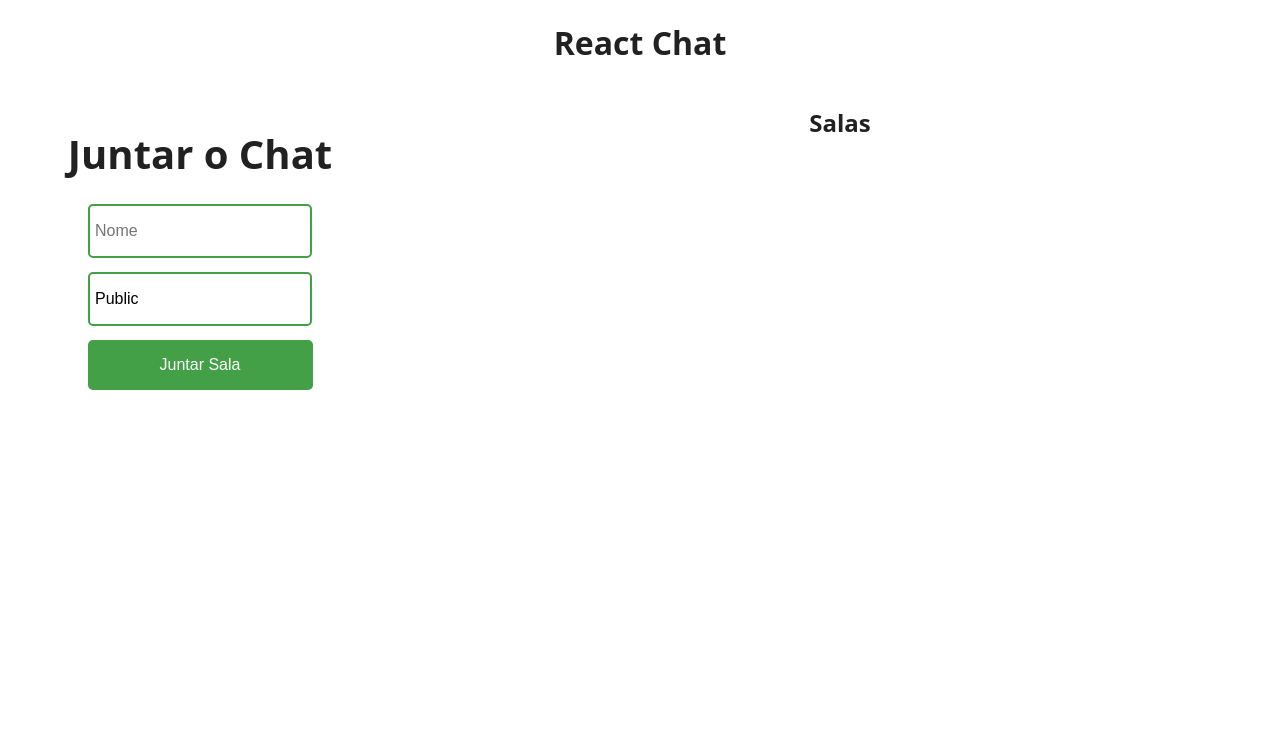
Repository: hierotsu/chat-rooms-react-
Page: / (app in client/)
These files come from the project's save history. The page is drawn as it stood at one moment and after the next save; the edit follows.
The browser window is 1280 px wide. The pictures show the whole page.
The page's requests for data from a server got no answer. The project was rebuilt for these pictures with package versions that can differ from the ones it lists, and the page was loaded fresh each time. No one was signed in, and anything a server would have sent is missing. Also part of the build but not shown: client/src/components/User.js, client/src/components/Chat.js.

Above is the page before, as saved 2022-02-02 16:12:37.

After the next save:
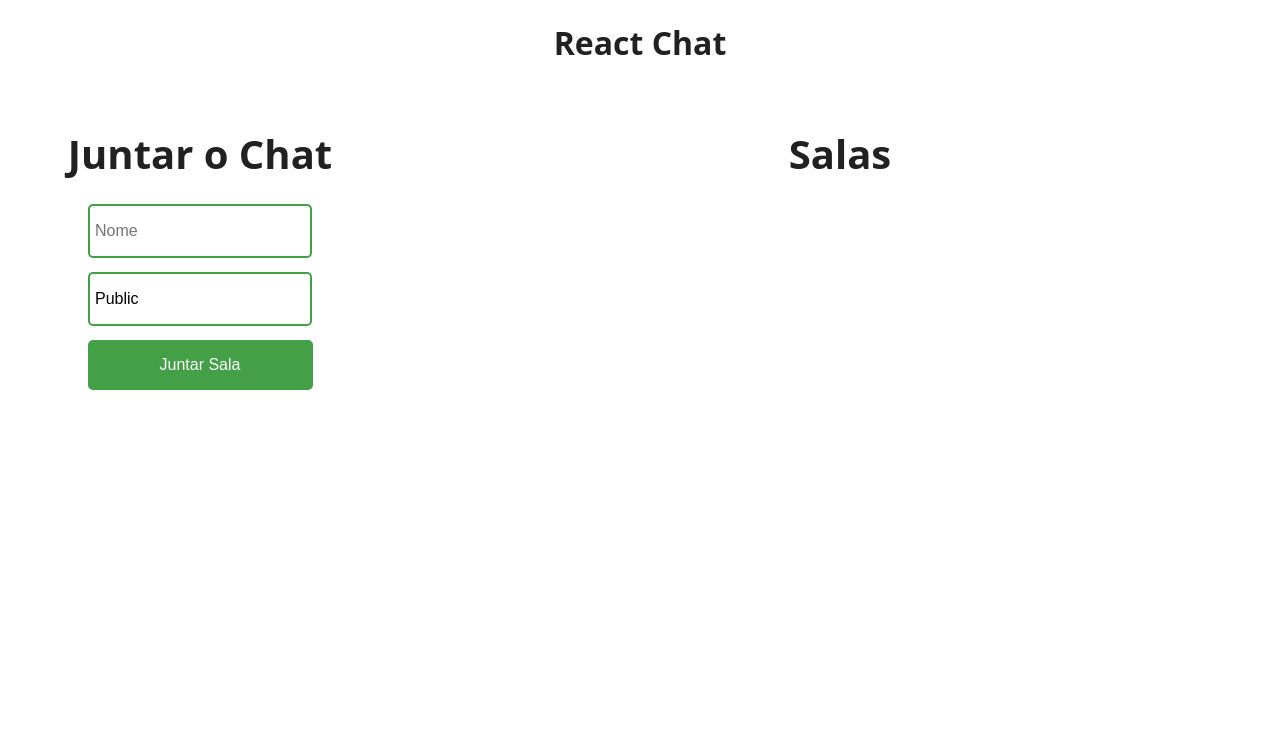
Saved 9 s later.
--- a/client/src/components/Rooms.js
+++ b/client/src/components/Rooms.js
@@ -23,7 +23,7 @@ export default function Rooms({ socket, joinRoom }) {
     }
 
     return <div className="rooms-container">
-        <h2>Salas</h2>
+        <h3>Salas</h3>
         <div className="rooms-list">
             {listRooms()}
         </div>
